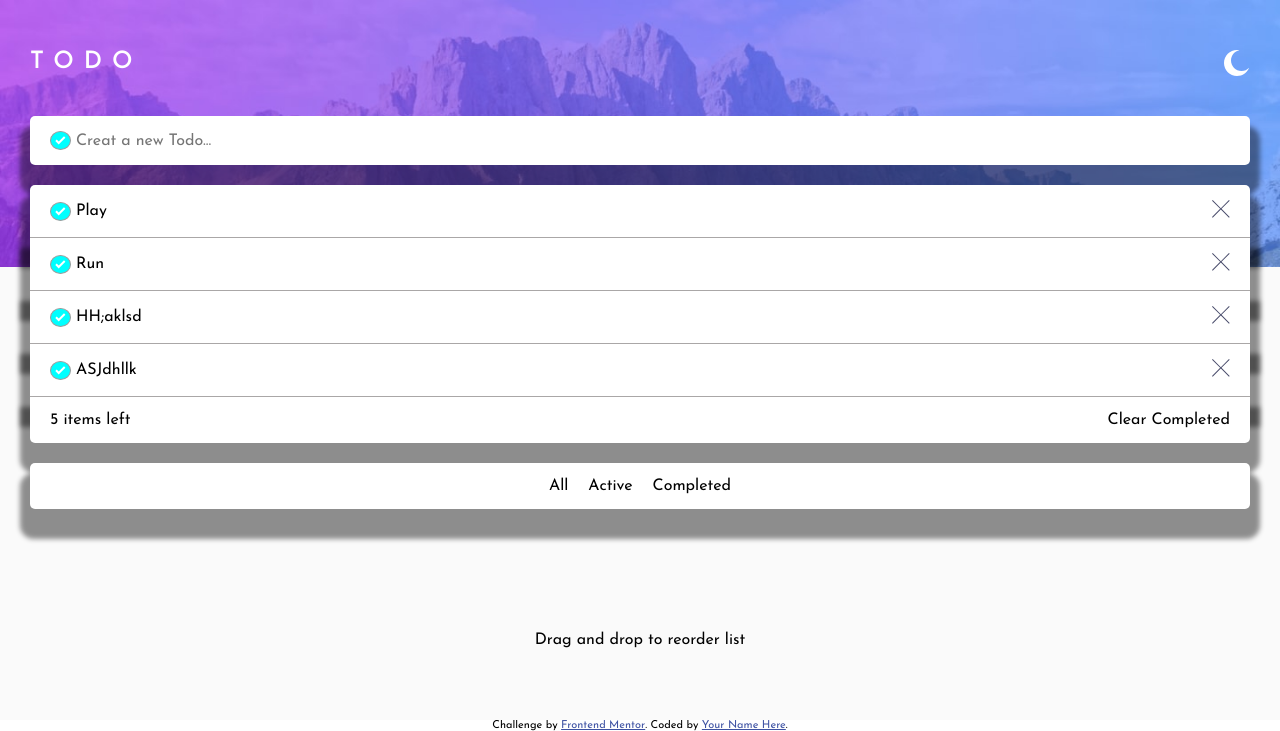
Repository: Baraajad231/Todo-app
Page: /
An editor plug-in stored every save of this project. The page is shown before and after the next save, followed by the edit.
The browser window is 1280 px wide. The pictures show the whole page.
The project was rebuilt for these pictures with package versions that can differ from the ones it lists, and the page was loaded fresh each time. Also part of the build but not shown: vite.config.js.

Above is the page before, as saved 2025-12-28 02:11:53.

After the next save:
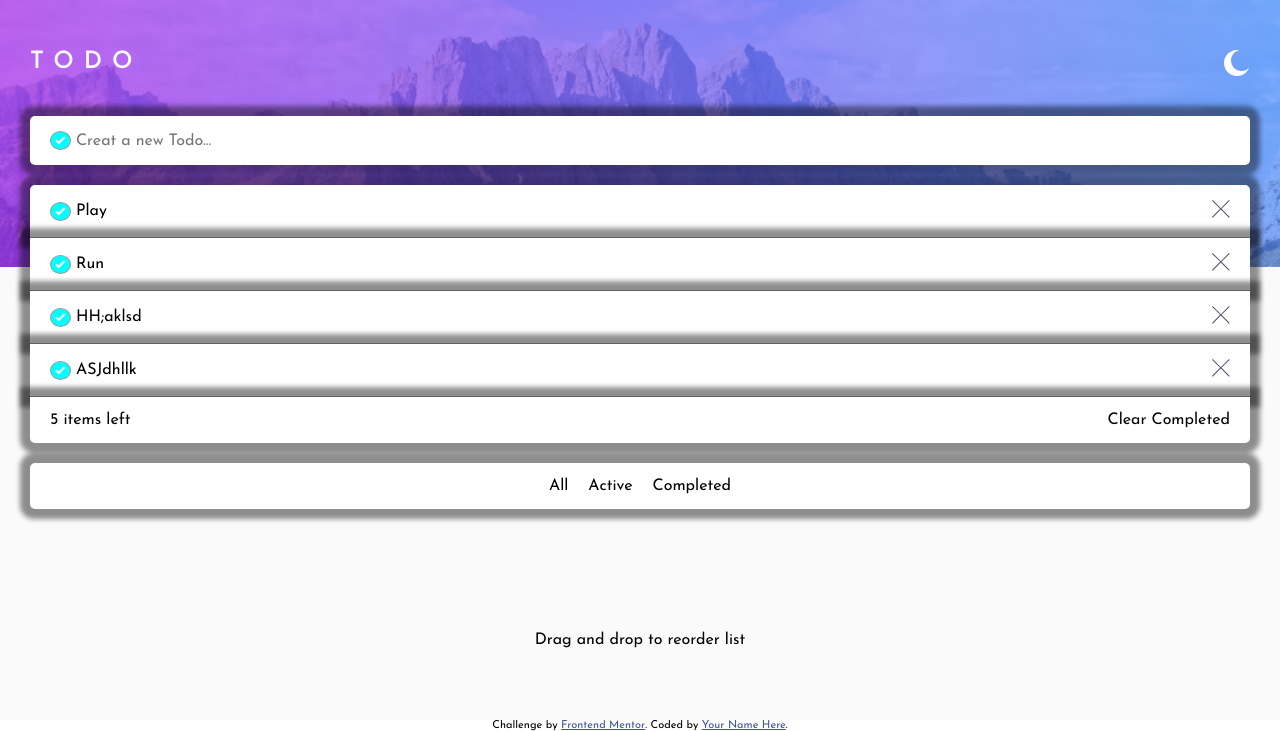
Saved 18 s later.
--- a/styles/style.scss
+++ b/styles/style.scss
@@ -111,7 +111,7 @@ body {
       display: flex;
       align-items: center;
 
-      box-shadow: 0 2rem 0.5rem 1rem rgba(0, 0, 0, 0.437);
+      box-shadow: 0 0rem 0.5rem 1rem rgba(0, 0, 0, 0.437);
       &:nth-child(2) {
         border-radius: 0.5rem 0.5rem 0 0;
       }
